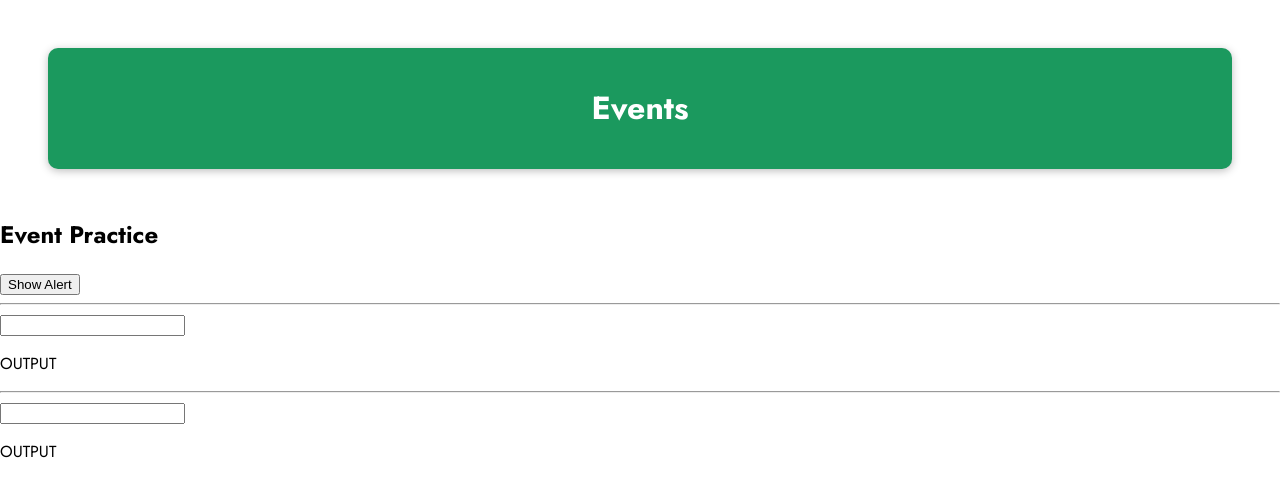
Repository: zmarkoni/Vue-The-Complete-Guide
Page: basics-assignment-2-problem/index.html
The author's editor kept a copy of each file at every save. The page is drawn from the files as they stood at one save, then again after a run of saves.
The browser window is 1280 px wide. The pictures show the whole page.

Above is the page before, as saved 2020-12-30 10:34:21.

### basics-assignment-2-problem/index.html
<!DOCTYPE html>
<html lang="en">
  <head>
    <meta charset="UTF-8" />
    <meta name="viewport" content="width=device-width, initial-scale=1.0" />
    <title>Vue Basics</title>
    <link
      href="https://fonts.googleapis.com/css2?family=Jost:wght@400;700&display=swap"
      rel="stylesheet"
    />
    <link rel="stylesheet" href="styles.css" />
    <script src="https://unpkg.com/vue@next" defer></script>
    <script src="app.js" defer></script>
  </head>
  <body>
    <header>
      <h1>Events</h1>
    </header>
    <section id="assignment2">
      <h2>Event Practice</h2>
      <!-- 1) Show an alert (any text of your choice) when the button is pressed -->
      <button>Show Alert</button>
      <hr />
      <!-- 2) Register the user input on "keydown" and output it in the paragraph (hint: event.target.value helps) -->
      <input type="text" />
      <p>OUTPUT</p>
      <hr />
      <!-- 3) Repeat 2) but only output the entered value if the ENTER key was pressed -->
      <input type="text" />
      <p>OUTPUT</p>
    </section>
  </body>
</html>

### basics-assignment-2-problem/styles.css
* {
  box-sizing: border-box;
}

html {
  font-family: 'Jost', sans-serif;
}

body {
  margin: 0;
}

header {
  box-shadow: 0 2px 8px rgba(0, 0, 0, 0.26);
  margin: 3rem;
  border-radius: 10px;
  padding: 1rem;
  background-color: #1b995e;
  color: white;
  text-align: center;
}

#assignment {
  box-shadow: 0 2px 8px rgba(0, 0, 0, 0.26);
  margin: 3rem;
  border-radius: 10px;
  padding: 1rem;
  text-align: center;
}

#assignment h2 {
  font-size: 2rem;
  border-bottom: 4px solid #ccc;
  color: #1b995e;
  margin: 0 0 1rem 0;
}

#assignment p {
  font-size: 1.25rem;
  font-weight: bold;
  background-color: #8ddba4;
  padding: 0.5rem;
  color: #1f1f1f;
  border-radius: 25px;
}

#assignment input {
  font: inherit;
  border: 1px solid #ccc;
}

#assignment input:focus {
  outline: none;
  border-color: #1b995e;
  background-color: #d7fdeb;
}

#assignment button {
  font: inherit;
  cursor: pointer;
  border: 1px solid #ff0077;
  background-color: #ff0077;
  color: white;
  padding: 0.05rem 1rem;
  box-shadow: 1px 1px 2px rgba(0, 0, 0, 0.26);
}

#assignment button:hover,
#assignment button:active {
  background-color: #ec3169;
  border-color: #ec3169;
  box-shadow: 1px 1px 4px rgba(0, 0, 0, 0.26);
}

### basics-assignment-2-problem/app.js
let app = Vue.createApp({
    data() {
        return {
            userData: ''
        };
    },
    methods: {

    }
}).mount('#assignment2');

After the next 4 saves:
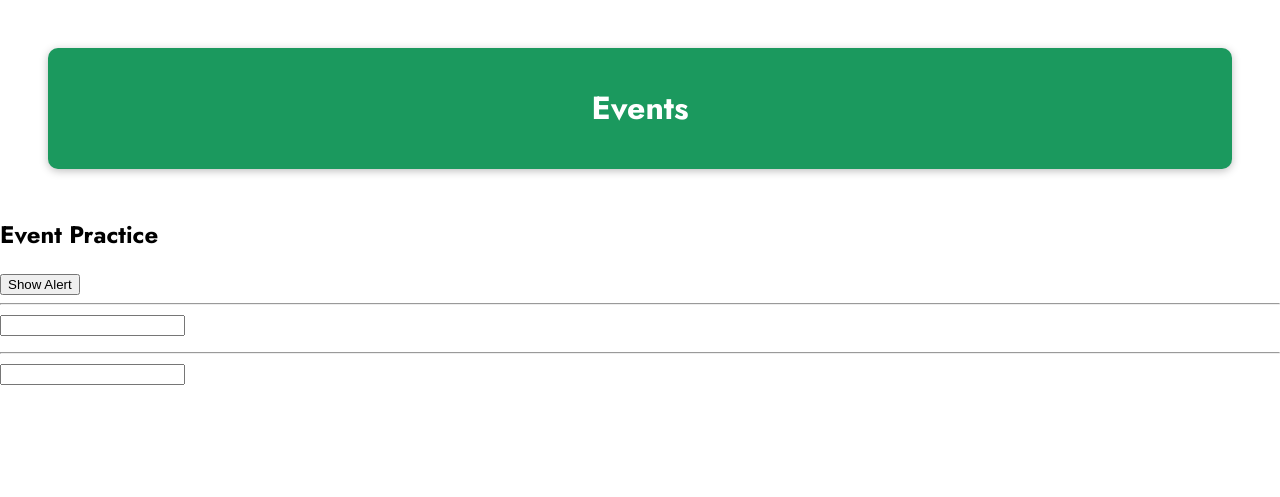
The 4 saves are shown as one change because they came seconds apart.
The last was saved 13 s later.
--- a/basics-assignment-2-problem/index.html
+++ b/basics-assignment-2-problem/index.html
@@ -23,11 +23,11 @@
       <hr />
       <!-- 2) Register the user input on "keydown" and output it in the paragraph (hint: event.target.value helps) -->
       <input type="text" />
-      <p>OUTPUT</p>
+      <p>{{ userData }}</p>
       <hr />
       <!-- 3) Repeat 2) but only output the entered value if the ENTER key was pressed -->
       <input type="text" />
-      <p>OUTPUT</p>
+      <p>{{ userData }}</p>
     </section>
   </body>
 </html>
